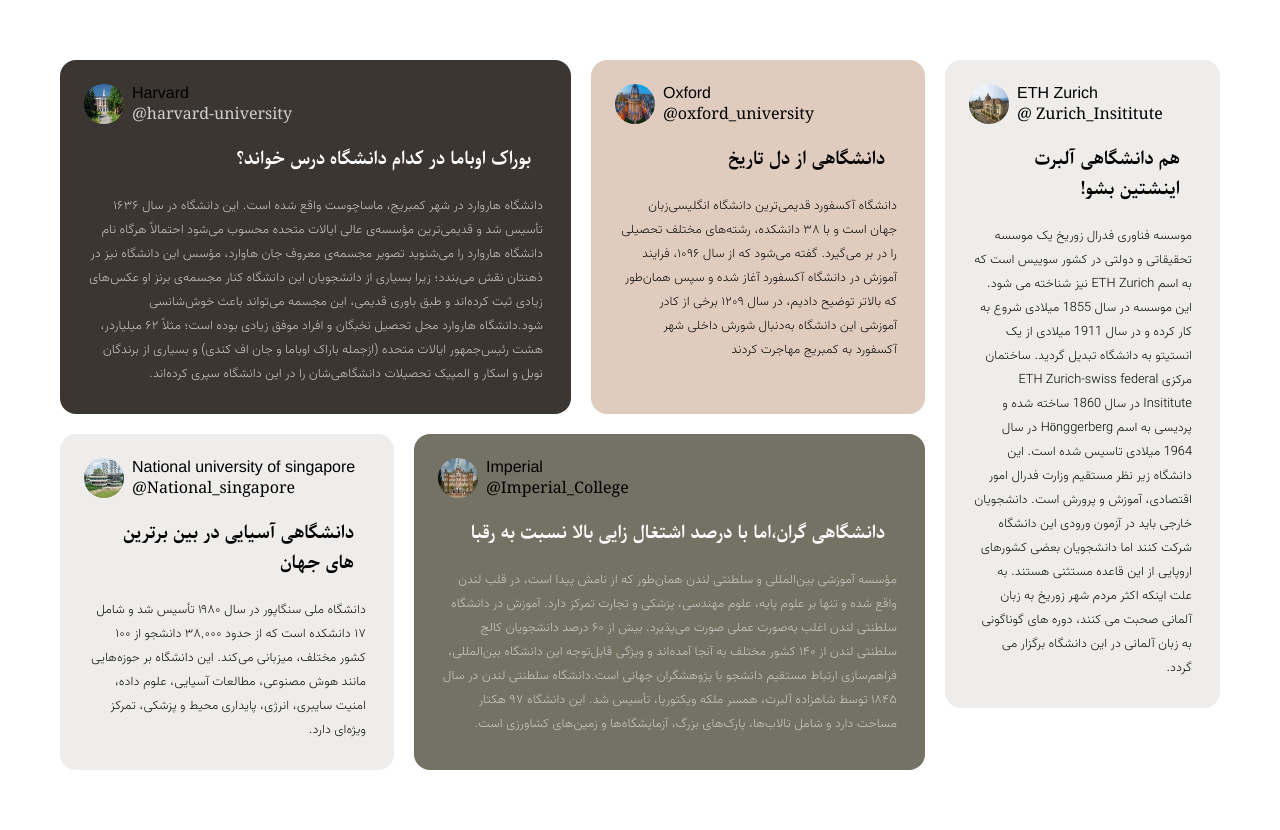
Repository: rahanwz/cards
Page: cards.html
The author's editor kept a copy of each file at every save. The page is drawn from the files as they stood at one save, then again after the next save.
The browser window is 1280 px wide. The pictures show the whole page.

Above is the page before, as saved 2024-02-17 17:15:57.

After the next save:
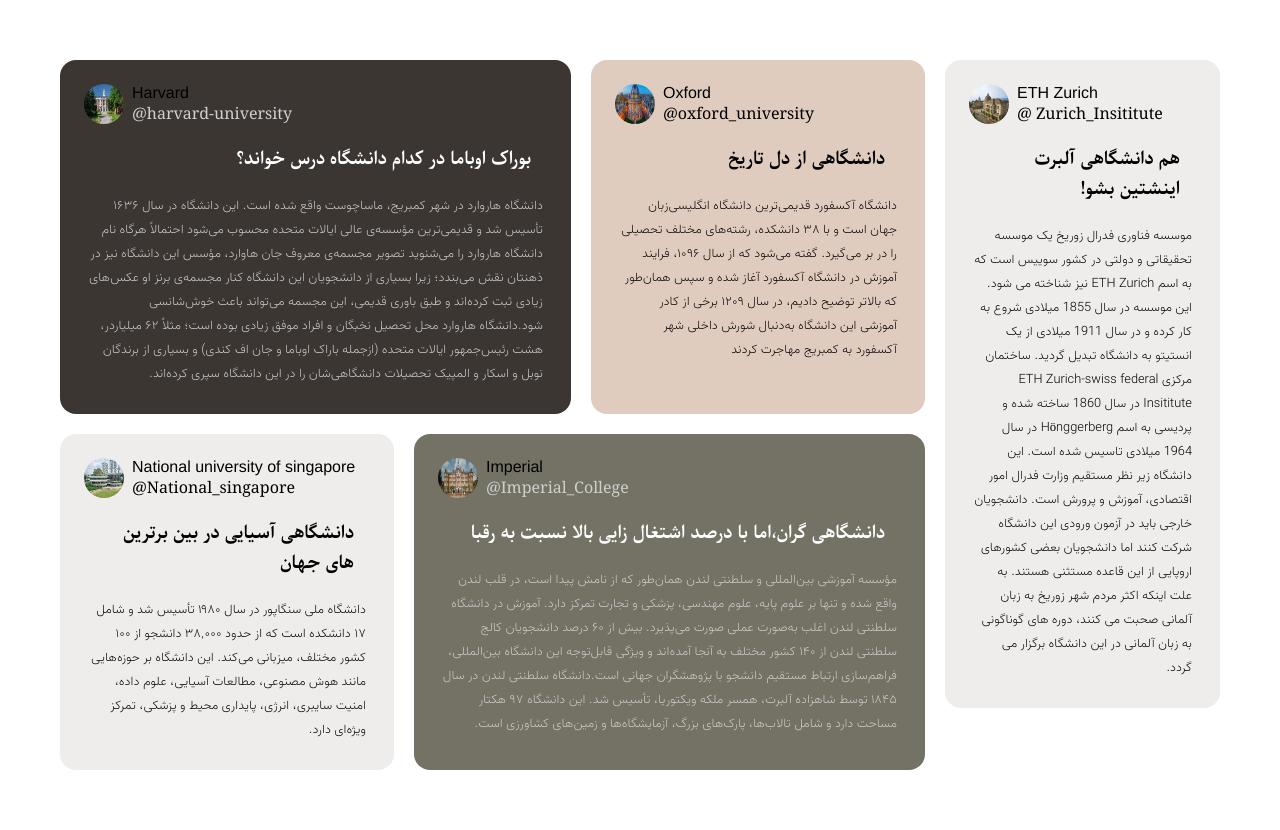
Saved 7 min 13 s later.
--- a/cards.html
+++ b/cards.html
@@ -107,7 +107,7 @@
 
               <div>
                 <div class="user">Imperial</div>
-                <div class="id">@Imperial_College</div>
+                <div class="id"  style="color: #cfcfcf;">@Imperial_College</div>
               </div>
             </div>
             <div class="descrip1" style="color: #ffffff;">
